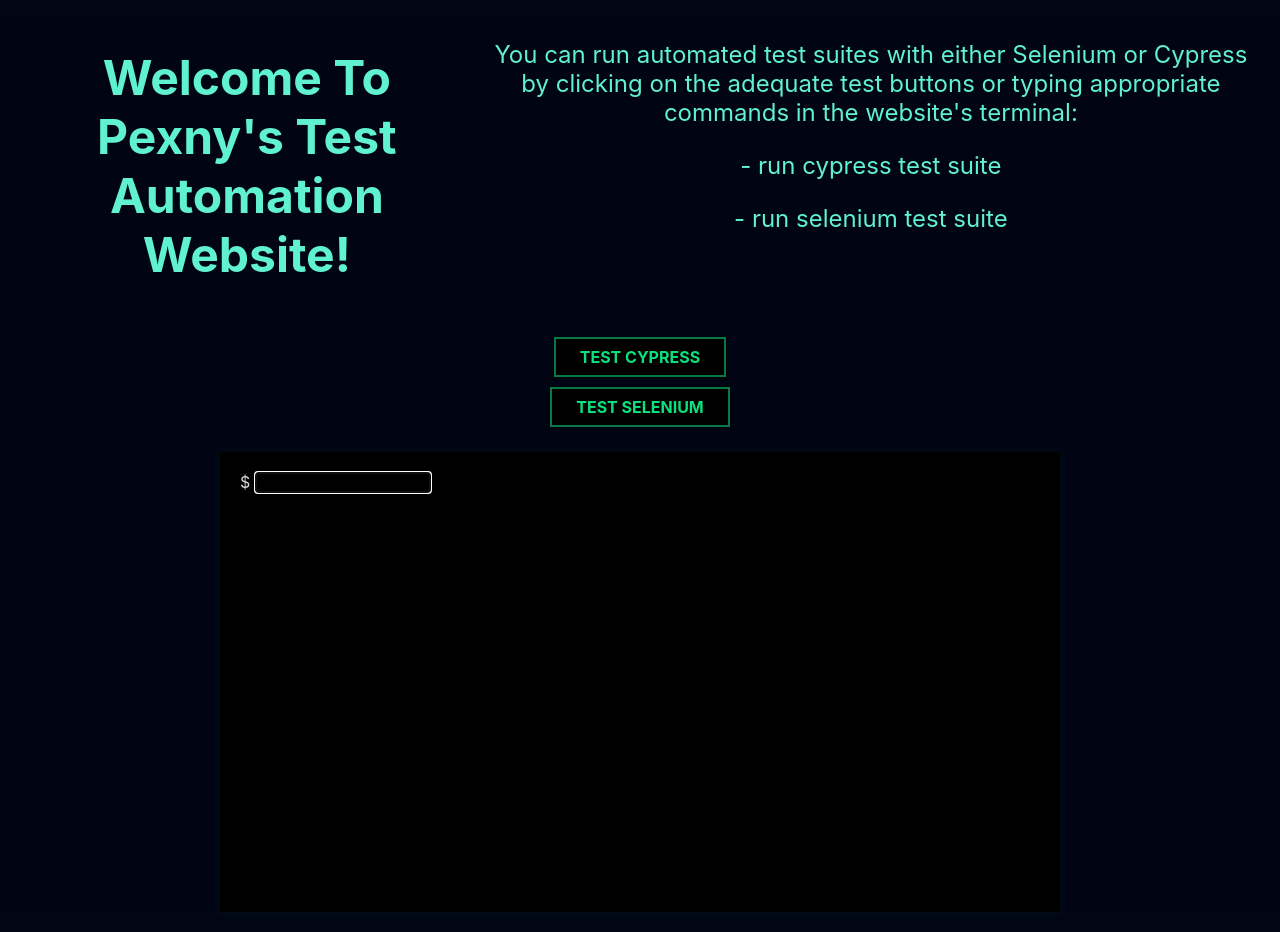
Repository: p3xny/Test-Automation-Website
Page: / (app in client/)
An editor plug-in stored every save of this project. The page is shown before and after the next save, followed by the edit.
The browser window is 1280 px wide. The pictures show the whole page.
The project was rebuilt for these pictures with package versions that can differ from the ones it lists, and the page was loaded fresh each time. Also part of the build but not shown: client/src/components/UI/TestMenu.js, client/src/components/UI/Card.module.css, client/src/components/UI/Card.js.

Above is the page before, as saved 2023-08-24 20:24:06.

### client/src/index.css
body {
  margin: 0;
  font-family: -apple-system, BlinkMacSystemFont, "Segoe UI", "Roboto", "Oxygen",
    "Ubuntu", "Cantarell", "Fira Sans", "Droid Sans", "Helvetica Neue",
    sans-serif;
  -webkit-font-smoothing: antialiased;
  -moz-osx-font-smoothing: grayscale;
  background-color: rgba(0, 5, 20, 0.993);
}

code {
  font-family: source-code-pro, Menlo, Monaco, Consolas, "Courier New",
    monospace;
}

### client/src/App.js
import React from "react";

import "./App.css";

import WelcomeMessage from "./components/UI/WelcomeMessage";
import Tests from "./components/Tests";
import Terminal from "./components/Terminal/Terminal";

function App() {
  return (
    <div className="App">
      <header className="App-header">
        <WelcomeMessage />
      </header>
      <Tests testTool="cypress" buttonId="cypress-menu" />
      <Tests testTool="selenium" buttonId="selenium-menu" />
      <Terminal />
    </div>
  );
}

export default App;

### client/src/App.css
.App {
  text-align: center;
  background: rgba(0, 5, 20, 0.993);
}

.App-logo {
  height: 40vmin;
  pointer-events: none;
}

@media (prefers-reduced-motion: no-preference) {
  .App-logo {
    animation: App-logo-spin infinite 20s linear;
  }
}

.App-header {
  /* background-color: rgba(0, 5, 20, 0.993); */
  /* min-height: 100vh; */
  /* display: flex; */
  /* flex-direction: column; */
  /* align-items: center; */
  /* justify-content: center; */
  font-size: calc(10px + 2vmin);
  color: white;
}

.App-link {
  color: #61dafb;
}

@keyframes App-logo-spin {
  from {
    transform: rotate(0deg);
  }
  to {
    transform: rotate(360deg);
  }
}

### client/src/components/UI/WelcomeMessage.js
import React from "react";

import styles from "./WelcomeMessage.module.css";

const WelcomeMessage = (props) => {
  return (
    <div className={styles.WelcomeMessage}>
      <h1>Welcome To Pexny's Test Automation Website!</h1>
      <p>
        You can run automated test suites with either Selenium or Cypress by
        clicking on the adequate test buttons or typing appropriate commands in
        the website's terminal:
        <p>- run cypress test suite</p>
        <p>- run selenium test suite</p>
      </p>
    </div>
  );
};

export default WelcomeMessage;

// const describeOriginal = require("mocha").describe;

// require("mocha").describe = (describeTitle) => {
//   TestListener.watch(describeTitle);
//   describeOriginal(describeTitle);
// };

### client/src/components/Tests.js
import React, { useState, useEffect } from "react";

import styles from "./UI/Button.module.css";

import TestMenu from "./UI/TestMenu";
import Button from "./UI/Button";
import Card from "./UI/Card";

const testCases = [
  {
    cypress: [
      { id: 1, name: "Cypress Full Test", command: "" },
      { id: 2, name: "Cypress Buttons Test", command: "" },
      { id: 3, name: "Cypress Terminal Test", command: "" },
    ],
    selenium: [
      { id: 1, name: "Selenium Full Test", command: "pytest -v" },
      {
        id: 2,
        name: "Selenium Buttons Test",
        command: "pytest -v test_client_buttons.py",
      },
      {
        id: 3,
        name: "Selenium Terminal Test",
        command: "pytest -v test_client_terminal.py",
      },
    ],
  },
];

const Tests = (props) => {
  const [isActive, setIsActive] = useState(false);

  const makeActiveHandler = (event) => {
    setIsActive(true);
    console.log("Activated!");
  };

  const makeInactiveHandler = (event) => {
    setIsActive(false);
  };

  const filterButtons = testCases.find((test) =>
    test.hasOwnProperty(props.testTool)
  );

  return (
    <div>
      {!isActive && (
        <Button
          name={`TEST ${props.testTool.toUpperCase()}`}
          id={`test-button-${props.buttonId}`}
          testFamily={props.testTool}
          onActivate={makeActiveHandler}
        />
      )}
      {isActive && (
        <React.Fragment>
          <TestMenu tests={filterButtons[props.testTool]} testTool="cypress" />
          <button
            className={styles.button}
            id={"back-button"}
            onClick={makeInactiveHandler}
          >
            BACK
          </button>
        </React.Fragment>
      )}
    </div>
  );
};

export default Tests;

### client/src/components/Terminal/Terminal.js
import React, { useState } from "react";

import styles from "./Terminal.module.css";

import Card from "../UI/Card";

const Terminal = (props) => {
  const [terminalInput, setTerminalInput] = useState("");
  const [terminalOutput, setTerminalOutput] = useState([]);

  const terminalInputHandler = (event) => {
    setTerminalInput(event.target.value);
    console.log(event.target.value);
  };

  const submitHandler = (event) => {
    event.preventDefault();
    writeToTerminal(`$ ${terminalInput}\n`);
    processCommand(terminalInput);
    setTerminalInput("");
  };

  const writeToTerminal = (message) => {
    setTerminalOutput((prevOutput) => [...prevOutput, message]);
  };

  const processCommand = async (command) => {
    try {
      const response = await fetch("http://localhost:5000/run_tests", {
        method: "POST",
        headers: {
          "Content-Type": "application/json",
        },
        body: JSON.stringify({ command }),
      });

      if (command === "clear" || command === "cls") {
        setTerminalOutput([]);
        return;
      }

      const data = await response.json();

      if (data.success) {
        writeToTerminal(data.output);
      } else {
        writeToTerminal(`Error: ${data.error}\n`);
      }
    } catch (error) {
      writeToTerminal(`Error: ${error}\n`);
    }
  };

  const highlightWords = (message) => {
    const greenWords = [
      "success",
      "Success",
      "SUCCESS",
      "passed",
      "Passed",
      "PASSED",
    ];
    const redWords = [
      // "error",
      // "Error",
      // "ERROR",
      "failed",
      "Failed",
      "FAILED",
      "FAILURES",
    ];
    const parts = message.split(
      new RegExp(`(${greenWords.concat(redWords).join("|")})`, "g")
    );

    return parts.map((part, index) => {
      if (greenWords.includes(part.toLowerCase())) {
        return (
          <span className={styles["highlighted-green"]} key={index}>
            {part}
          </span>
        );
      } else if (redWords.includes(part.toLowerCase())) {
        return (
          <span className={styles["highlighted-red"]} key={index}>
            {part}
          </span>
        );
      }
      return part;
    });
  };

  return (
    <div className={styles.terminal}>
      <div id="output">
        {terminalOutput.map((message, index) => (
          <pre key={index} className={styles.outputContent}>
            {highlightWords(message)}
          </pre>
        ))}
      </div>
      <form id="input-form" onSubmit={submitHandler}>
        <span>$</span>
        <input
          className={styles.input}
          type="text"
          id="command-input"
          value={terminalInput}
          onChange={terminalInputHandler}
          autoFocus
        />
      </form>
    </div>
  );
};

export default Terminal;

### client/src/components/UI/WelcomeMessage.module.css
.WelcomeMessage {
  color: rgb(96, 241, 210);
  font-size: 1.5rem;
  /* font-weight: bold; */
  text-align: center;
  margin: 1rem;
  display: flex;
}

### client/src/components/UI/Button.module.css
.button {
  width: 100%;
  font: inherit;
  font-weight: bold;
  padding: 0.5rem 1.5rem;
  border: 2px solid rgb(8, 121, 68);
  color: rgb(9, 226, 125);
  background: black;
  box-shadow: 0 0 4px rgba(0, 0, 0, 0.26);
  cursor: pointer;
  margin: 5px;
  margin-top: 5px;
  margin-bottom: 5px;
}

.button:focus {
  outline: none;
}

.button:hover,
.button:active {
  background: rgb(8, 121, 68);
  border-color: rgb(9, 226, 125);
  color: black;
  box-shadow: 0 0 8px rgba(0, 0, 0, 0.26);
}

@media (min-width: 768px) {
  .button {
    width: auto;
  }
}

### client/src/components/UI/Button.js
import styles from "./Button.module.css";

const Button = (props) => {
  return (
    <button id={props.id} className={styles.button} onClick={props.onActivate}>
      {props.name}
    </button>
  );
};

export default Button;

### client/src/components/Terminal/Terminal.module.css
.terminal {
  margin-top: 20px;
  margin-bottom: 20px;
  margin-left: auto;
  margin-right: auto;

  /* border: 1px solid rgb(8, 121, 68); */
  padding: 20px;
  width: 80%;
  max-width: 800px;
  min-height: 420px;
  max-height: 420px;
  background-color: black;
  overflow-y: auto;
  overflow-x: auto;
  box-shadow: 0 0 10px rgba(23, 78, 62, 0.2);
  overflow-wrap: break-word;
}

#output {
  white-space: pre-wrap;
}

.outputContent {
  text-align: left;
  font-family: monospace;
  overflow-wrap: break-word;
  color: rgba(255, 255, 255, 0.842);
}

.highlighted-green {
  font-family: monospace;
  font-weight: bold;
  color: rgb(12, 145, 12);
}

.highlighted-red {
  font-family: monospace;
  font-weight: bold;
  color: rgb(158, 2, 2);
}

.input {
  background-color: transparent;
  /* border: none; */
  color: rgba(255, 255, 255, 0.842);
  font-family: monospace;
  caret-color: rgba(255, 255, 255, 0.842);
  margin: 0 5px;
}

form {
  display: flex;
  align-items: left;
}

span {
  color: rgba(255, 255, 255, 0.842);
  font-size: 1rem;
}

Loaded but not shown: client/public/index.html (common file); client/src/index.js (common file); client/src/reportWebVitals.js (common file)

After the next save:
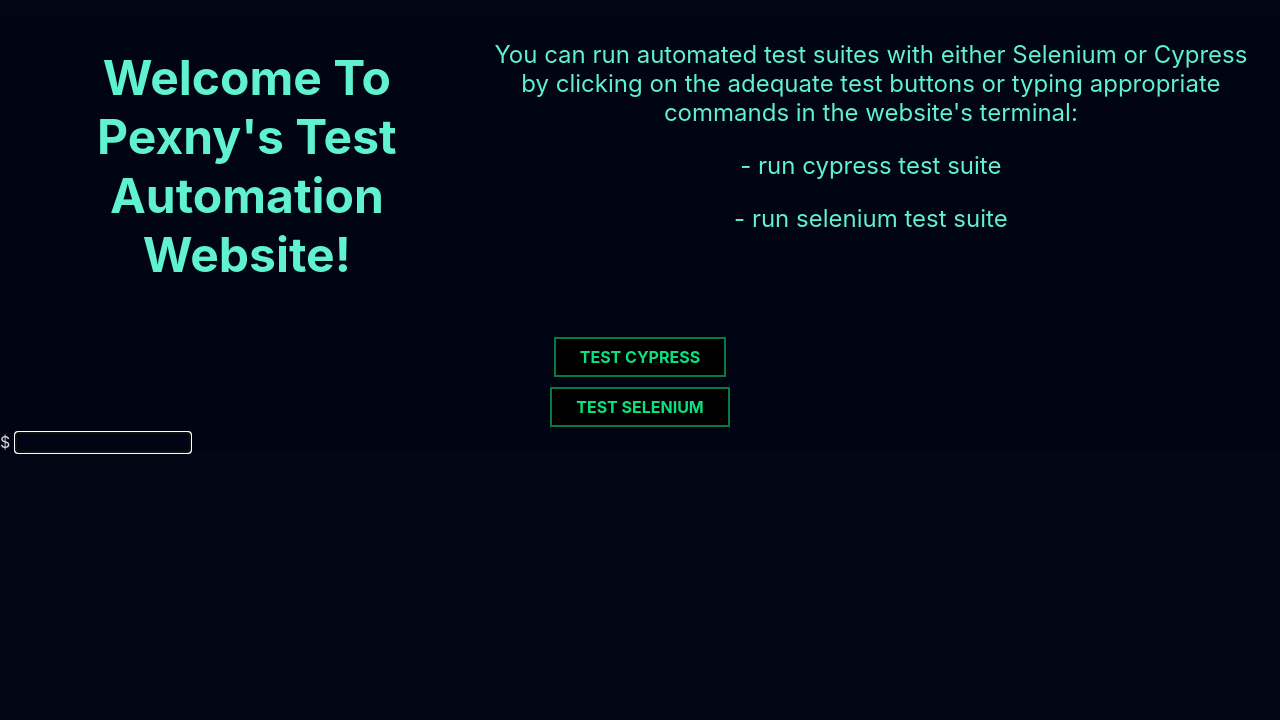
Saved 6 min 37 s later.
--- a/client/src/components/Terminal/Terminal.js
+++ b/client/src/components/Terminal/Terminal.js
@@ -92,7 +92,7 @@
   };
 
   return (
-    <div className={styles.terminal}>
+    <React.Fragment className={styles.terminal}>
       <div id="output">
         {terminalOutput.map((message, index) => (
           <pre key={index} className={styles.outputContent}>
@@ -111,7 +111,7 @@
           autoFocus
         />
       </form>
-    </div>
+    </React.Fragment>
   );
 };
 

After the save that followed:
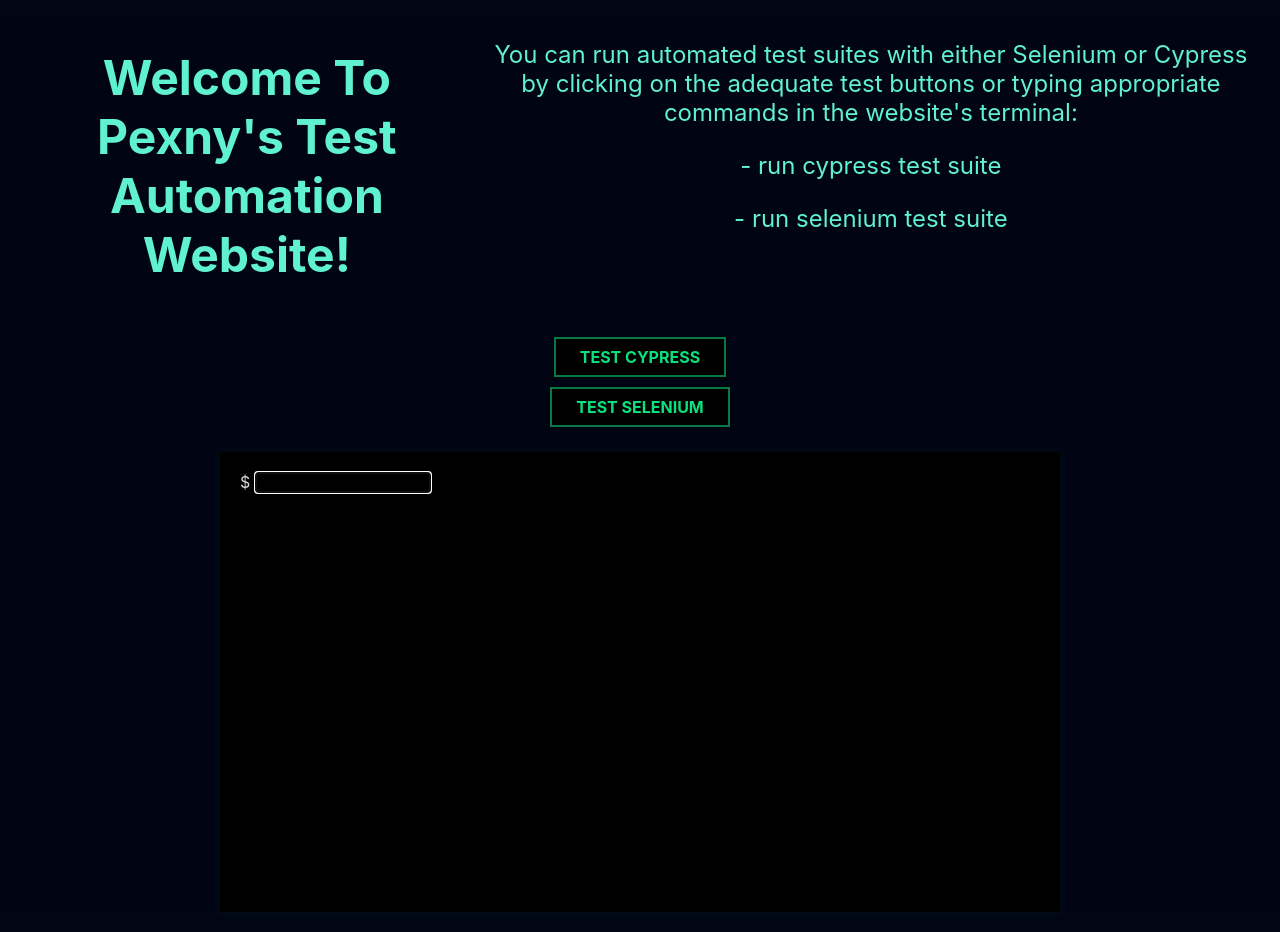
Saved 11 s later.
--- a/client/src/components/Terminal/Terminal.js
+++ b/client/src/components/Terminal/Terminal.js
@@ -92,7 +92,7 @@
   };
 
   return (
-    <React.Fragment className={styles.terminal}>
+    <div className={styles.terminal}>
       <div id="output">
         {terminalOutput.map((message, index) => (
           <pre key={index} className={styles.outputContent}>
@@ -111,7 +111,7 @@
           autoFocus
         />
       </form>
-    </React.Fragment>
+    </div>
   );
 };
 
